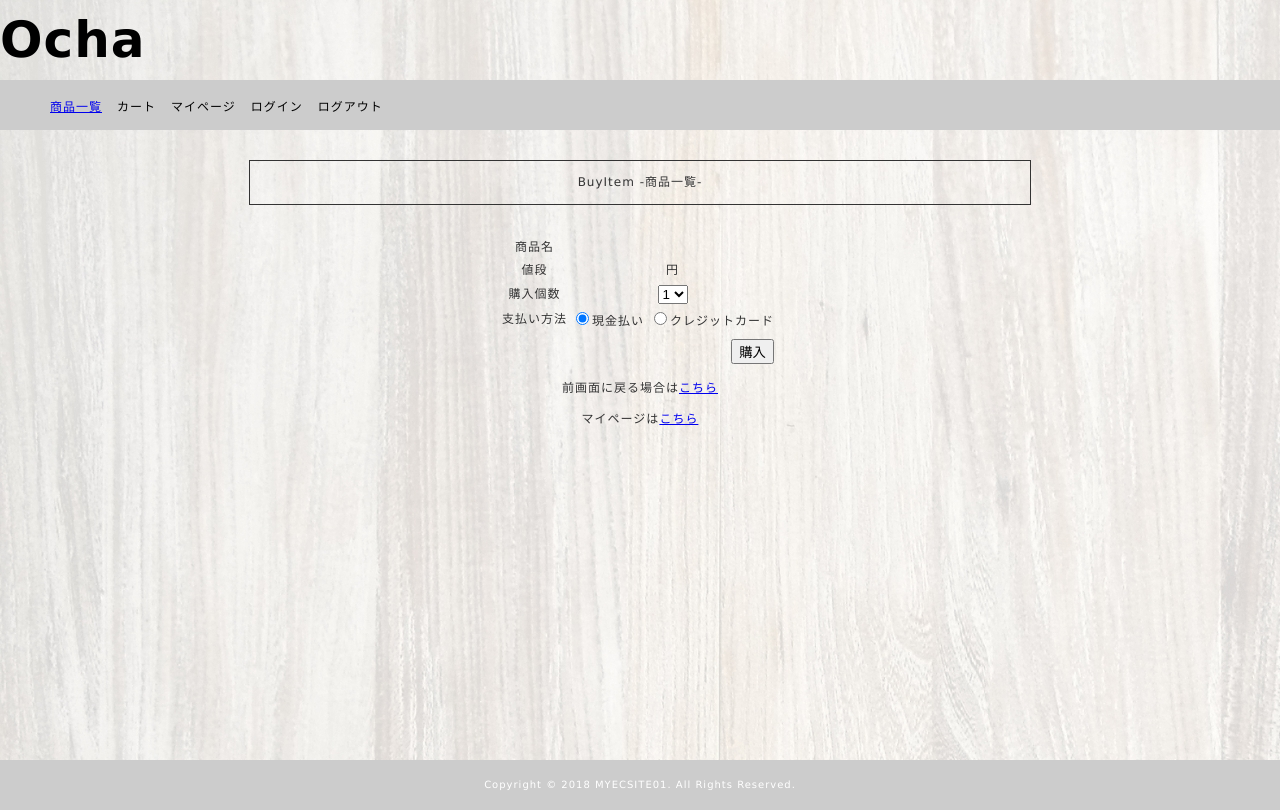
Repository: hiranatsu/ECtest
Page: http://localhost/myecsite01/buyItem.jsp
These files come from the project's save history. The page is drawn as it stood at one moment and after the next save; the edit follows.
The browser window is 1280 px wide. The pictures show the whole page.
The page is served by Tomcat 9. Other server files are loaded and not shown.

Above is the page before, as saved 2018-09-25 02:48:17.

### myecsite01/WebContent/buyItem.jsp
<%@ page language="java" contentType="text/html; charset=UTF-8"
    pageEncoding="UTF-8"%>
<%@ taglib prefix="s" uri="/struts-tags" %>
<!DOCTYPE html>
<html>
<head>

	<meta http-equiv="Content-Type" content="text/html; charset=UTF-8"/>
	<meta http-equiv="Content-Style-Type" content="text/css"/>
	<meta http-equiv="Content-Script-Type" content="text/javascript"/>
	<meta http-equiv="itemtoolbar" content="no"/>
	<meta name="description" content=""/>
	<meta name="keywords" content=""/>
	<title>BuyItem画面</title>

	<style type="text/css">

	body{
	margin:0;
	padding:0;
	line-height:1.6;
	letter-spacing:1px;
	font-family:Verdana,Helvetica,sans-serif;
	font-size:12px;
	color:#333;
	background-image:url("haikei1.jpg");
	}

	table{
	text-align:center;
	margin:0 auto;
	}

	#top{
	width:780px;
	margin:30px auto;
	border:1px solid #333;

	}

	#header{
	height:30px;
	padding:10px;
	background-color:#CCCCCC;
	}

	#header ul{
	float:left;
	line-height:10px;
	}

	#header ul li{
	float:left;
	list-style:none;
	font-size:12px;
	color:black;
	padding-right:15px;
	}

	#main{
	width:100%;
	height:600px;
	text-align:center;
	}

	#footer{
	width:100%;
	height:50px;
	background-color:#CCCCCC;
	text-align:center;
	line-height:50px;
	font-size:10px;
	color:white;
	clear:both;
	}
	</style>

</head>
<body>
			<h1 STYLE="color:black; margin:0 auto; font-size:50px;">Ocha</h1>
	<div id="header">

			<ul>
				<li><a href='<s:url action="HomeAction"/>'>商品一覧</a></li>
				<li>カート</li>
				<li>マイページ</li>
				<li>ログイン</li>
				<li>ログアウト</li>
			</ul>

		<div id="pr">
		</div>
	</div>
	<div id="main">
		<div id="top">
			<p>BuyItem -商品一覧-</p>
		</div>
		<div>
			<s:form action="BuyItemAction">
			<table>
				<tr>
					<td><span>商品名</span></td>
					<td><s:property value="session.buyItem_name"/><br></td>
					<td><s:property value="session.buyItem_name"/><br></td>
				</tr>
				<tr>
					<td><span>値段</span></td>
					<td><s:property value="session.buyItem_price"/><span>円</span></td>
				</tr>
				<tr>
					<td><span>購入個数</span></td>
					<td>
						<select name="count">
							<option value="1" selected="selected">1</option>
							<option value="2">2</option>
							<option value="3">3</option>
							<option value="4">4</option>
							<option value="5">5</option>
						</select>
					</td>
				</tr>
				<tr>
					<td><span>支払い方法</span></td>
					<td>
						<input type="radio" name="pay" value="1" checked="checked">現金払い
						<input type="radio" name="pay" value="2">クレジットカード
					</td>
				</tr>
				<tr>
					<td><s:submit value="購入"/></td>
				</tr>
			</table>
			</s:form>
			<div>
				<p>前画面に戻る場合は<a href='<s:url action="GoHomeAction"/>'>こちら</a></p>
				<p>マイページは<a href='<s:url action="MyPageAction"/>'>こちら</a></p>
			</div>
		</div>
	</div>
	<div id="footer">
		<div id="pr"> Copyright © 2018 MYECSITE01. All Rights Reserved. </div>
	</div>

</body>
</html>

After the next save:
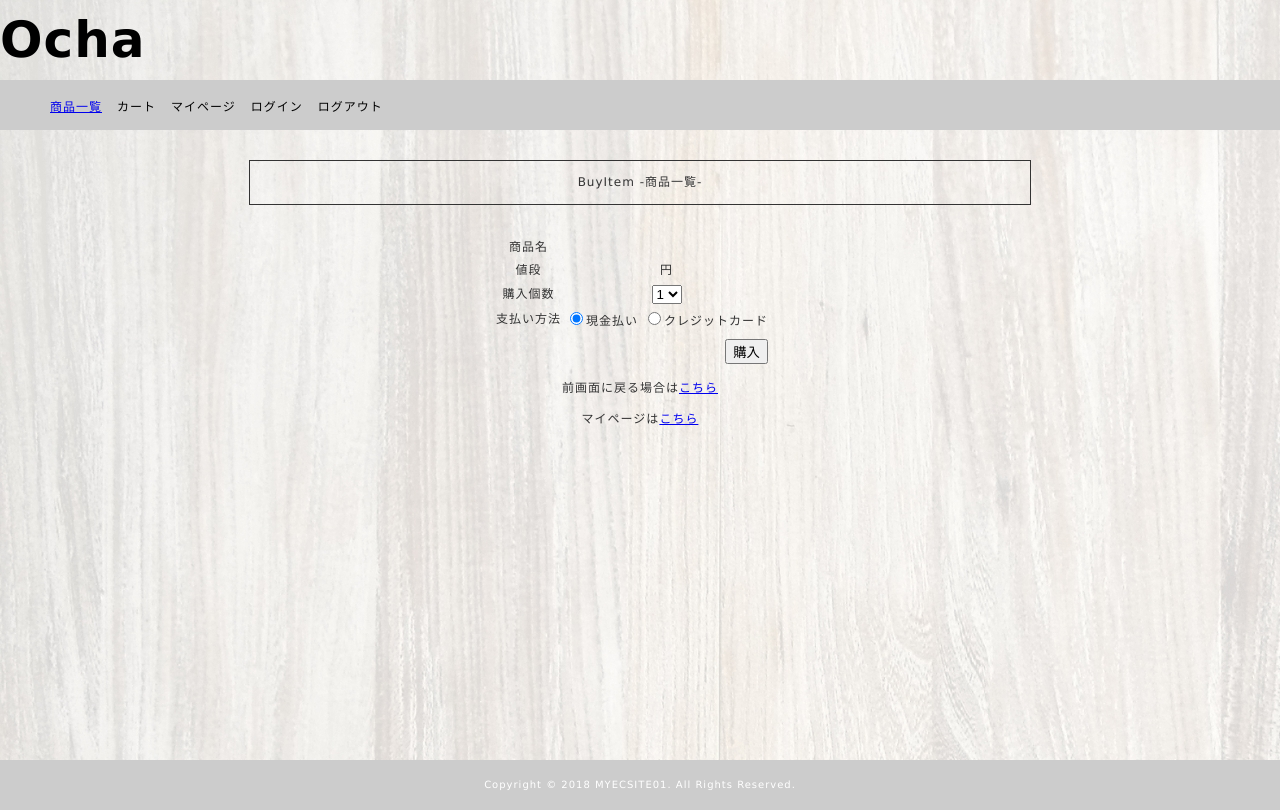
Saved 20 s later.
--- a/myecsite01/WebContent/buyItem.jsp
+++ b/myecsite01/WebContent/buyItem.jsp
@@ -102,6 +102,9 @@
 					<td><span>商品名</span></td>
 					<td><s:property value="session.buyItem_name"/><br></td>
 					<td><s:property value="session.buyItem_name"/><br></td>
+					<td><s:property value="session.buyItem_name"/><br></td>
+					<td><s:property value="session.buyItem_name"/><br></td>
+					<td><s:property value="session.buyItem_name"/><br></td>
 				</tr>
 				<tr>
 					<td><span>値段</span></td>
